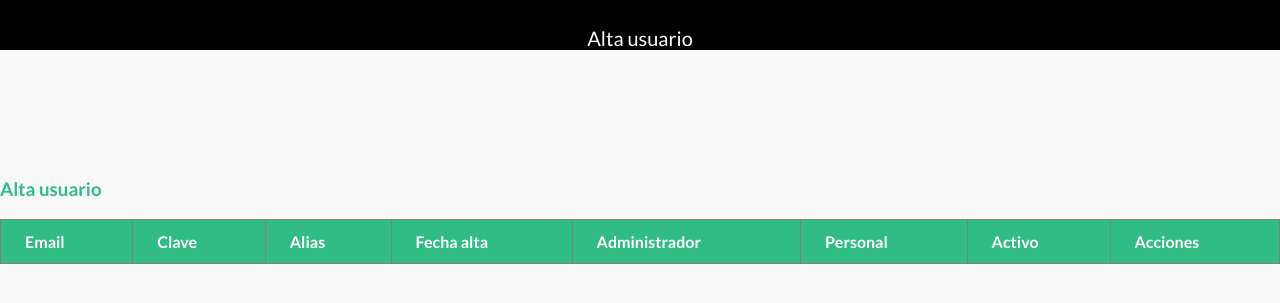
Repository: Mariangeles94/practica_gestion_usuarios
Page: http://localhost/Gestion/administrador/index.php
The author's editor kept a record of every edit. The page is drawn from the files as they stood at one moment, then again after the next edit.
The browser window is 1280 px wide. The pictures show the whole page.
The page is run by PHP 8.4 with error messages shown; the project is at /var/www/html/. Queries for data that is not in the repository find no rows.

Above is the page before.

### administrador/index.php
<?php
require '../clases/AutoCarga.php';
$bd = new DataBase();
$gestor = new ManageUser($bd);
$usuarios = $gestor->getList2();

?>
<!DOCTYPE html>
<html>
    <head>
        <meta charset="UTF-8">
        <title></title>
        <link rel="stylesheet" type="text/css" href="../css/normalize.css" />
		<link rel="stylesheet" type="text/css" href="../css/demo.css" />
		<link rel="stylesheet" type="text/css" href="../css/component.css" />
    </head>
    <body>
      <header>
            <nav>
                <a href="viewinsert.php">Alta usuario</a>

            </nav>
        </header>
        <h3><a class="enlaceInsertar" href="viewinsert.php">Alta usuario</a></h3>
        <table border="1">
            <thead>
                <tr>
                    <th>Email</th>
                    <th>Clave</th>
                    <th>Alias</th>
                    <th>Fecha alta</th>
                    <th>Administrador</th>
                    <th>Personal</th>
                    <th>Activo</th>
                    <th colspan="2">Acciones</th>
                </tr>
            </thead>
            <tbody>
                <?php foreach ($usuarios as $key => $usuario) { ?>
                    <tr>
                        <td><?= $usuario->getEmail(); ?></td>
                        <td><?= $usuario->getClave(); ?></td>
                        <td><?= $usuario->getAlias() ?></td>
                        <td><?= $usuario->getFechaAlta(); ?></td>
                        <td><?= $usuario->getAdministrador() ?></td>
                        <td><?= $usuario->getPersonal() ?></td>
                        <td><?= $usuario->getActivo() ?></td>
                        <td>
                            <a class='borrar' href='phpdelete.php?email=<?= $usuario->getEmail() ?>'> Borrar</a>
                            <a href='viewedit.php?email=<?= $usuario->getEmail() ?>'> Editar</a>
                        </td>
                    </tr>
                <?php } ?>
            </tbody>
        </table>
    </body>
    <script src="../js/scripts.js"></script>
</html>
<?php
$bd->close();

### clases/AutoCarga.php
<?php

class AutoCarga {
    static function cargar($clase){
        $clase = str_replace("\\", "/", $clase);
        $archivo = "../clases/" .$clase . ".php";
         if (file_exists($archivo)) {
              require $archivo;
         }else{
             $archivo = "clases/" .$clase . ".php";
             require $archivo;
         }
   }
}
spl_autoload_register('AutoCarga::cargar'); // Tiene que estar fuera de la clase

### clases/DataBase.php
<?php

class DataBase {

    private $conexion, $consulta;

    function __construct() {
        try {
            $this->conexion = new PDO(
                    'mysql:host=' . Constant::SERVER . ';' .
                    'dbname=' . Constant::DATABASE, Constant::DBUSER, Constant::DBPASSWORD, array(
                PDO::ATTR_PERSISTENT => true,
                PDO::MYSQL_ATTR_INIT_COMMAND => 'set names utf8')
            );
        } catch (PDOException $e) {
            var_dump($e);
            exit();
            //Esta parte hay que completarla
        }
    }

    function close() {
        $this->conexion = null;
    }

    function getCount() {
        return $this->consulta->rowCount();
    }

    function getId() {
        return $this->conexion->lastInsertId();
    }

    function getErrorConection() {
        return $this->conexion->errorInfo();
    }

    function getError() {
        return $this->consulta->errorInfo();
    }

    function send($sql, $parametros = array()) {
        $this->consulta = $this->conexion->prepare($sql);
        foreach ($parametros as $nombreParametro => $valorParametro) {
            $this->consulta->bindValue($nombreParametro, $valorParametro);
        }
      //var_dump($parametros);
      //echo "sql:" .$sql;
        return $this->consulta->execute();
    }

    function getRow() {
        $r = $this->consulta->fetch();
        if ($r === null) {
            $this->consulta->closeCursor();
        }
        return $r;
    }
    function count($tabla, $condicion="1 = 1", $parametros = array()){
        $sql="select count(*) from $tabla where $condicion";
        $this->send($sql, $parametros);
        $fila = $this->getRow();
        return $fila[0];
    }

    function erase($tabla, $condicion, $parametros = array()) {
        //delete from TABLA where CONDICION
        $sql = "delete from $tabla where $condicion";
        if ($this->send($sql, $parametros)) {
            return $this->getCount();
        }
        return false;
    }

     function delete($tabla, $parametros = array()) {
        //delete from TABLA where CONDICION
        $camposWhere = "";
        foreach ($parametros as $nombreParametro => $valorParametro) {
            $camposWhere .= $nombreParametro . " = :" . $nombreParametro . " and ";
        }
        //$camposWhere .= "1=1";
        $camposWhere = substr($camposWhere, 0, -4);
        $sql = "delete from $tabla where $camposWhere";
        if ($this->send($sql, $parametros)) {
            return $this->getCount();
        }
        return false;
    }

    function insert($tabla, $parametros = array(), $auto = true) {
        //insert into TABLA values (VALORES);
        //insert into TABLA (CAMPOS) values (VALORES);
        //insert into TABLA (c1, c2) values (:c1, :c2);
        //si la tabla tiene un campo autonumerico devuelvo el id
        //si no devuelvo el numero de filas insertadas(1)
        //si error devuelvo false
        $campos = "";
        $valores = "";
        foreach ($parametros as $nombreParametro => $valorParametro) {
            $campos .= $nombreParametro . ",";
            $valores .= ":" . $nombreParametro . ",";
        }
        $campos = substr($campos, 0, -1);
        $valores = substr($valores, 0, -1);
        $sql = "insert into $tabla ($campos) values ($valores)";
        if ($this->send($sql, $parametros)) {
            if ($auto) {
                return $this->getId();
            }
            return $this->getCount();
        }
        return false;
    }

    function update($tabla, $parametrosSet = array(), $parametrosWhere = array()) {
        //update TABLA set VALORES where CONDICION
        //update TABLA set c1=:c1, c2=:c2 where c1=:_c1 and c3=:_c3
        $camposSet = "";
        $camposWhere = "";
        $parametros = array();
        foreach ($parametrosSet as $nombreParametro => $valorParametro) {
            $camposSet .= $nombreParametro . " = :" . $nombreParametro . ",";
            $parametros[$nombreParametro] = $valorParametro;
        }
        $camposSet = substr($camposSet, 0, -1);

        foreach ($parametrosWhere as $nombreParametro => $valorParametro) {
            $camposWhere .= $nombreParametro . " = :_" . $nombreParametro . " and ";
            $parametros["_" . $nombreParametro] = $valorParametro;
        }
        //$camposWhere .= "1=1";
        $camposWhere = substr($camposWhere, 0, -4);
        $sql = "update $tabla set $camposSet where $camposWhere";
        if ($this->send($sql, $parametros)) {
            return $this->getCount();
        }
        return -1;
    }

    function query($tabla, $proyeccion = "*", $parametros = array(), $orden = "1", $limite = "") {
        //select CAMPOS from TABLA where CONDICION order by ORDEN LIMIT
        //select c1,c2 from TABLA where c3=:c3 and c4 = :c4 order by c2 desc,c1 limit 8,15
        $campos = "";
        foreach ($parametros as $nombreParametro => $valorParametro) {
            $campos .= $nombreParametro . " = :" . $nombreParametro . " and ";
        }
        $campos .= "1=1";
        //$campos = substr($campos, 0, -4);
        $limit = "";
        if($limite!==""){
            $limit = "limit $limite";
        }
        $sql = "select $proyeccion from $tabla where $campos order by $orden $limit";
        return $this->send($sql, $parametros);
    }

    function select($tabla, $proyeccion = "*", $condicion = "1 = 1",
        $parametros = array(), $orden="1", $limite=""){
        $limit = "";
        if($limite!==""){
            $limit = "limit $limite";
        }
        $sql = "select $proyeccion from $tabla "
                . "where $condicion order by $orden $limit";
        return $this->send($sql, $parametros);
    }

}

### clases/Constant.php
<?php

class Constant {
    const DATABASE = "gestion";
    const SERVER = "localhost";
    const DBUSER = "mariangeles94";
    const DBPASSWORD = "";
    const NRPP = 10;
    const SEMILLA="45856";
}

### clases/ManageUser.php
<?php

class ManageUser {
    private $bd = null;
    private $tabla = "usuario";

    function __construct(DataBase $bd) {
        $this->bd = $bd;
    }

    function get($email) {
        //devuelve un objeto de la clase
        $parametros = array();
        $parametros['email'] = $email;
        $this->bd->select($this->tabla, "*", "email=:email", $parametros);
        $fila = $this->bd->getRow();
        $user = new User();
        $user->set($fila);
        return $user;
    }

    function count($condicion = "1 = 1", $parametros = array()) {
        return $this->bd->count($this->tabla, $condicion, $parametros);
    }

    function delete($email) {
        $parametros = array();
        $parametros['email'] = $email;
        return $this->bd->delete($this->tabla, $parametros);
    }

    function deleteCities($parametros) {
        return $this->bd->delete($this->tabla, $parametros);
    }

    function erase(User $user) {
        return $this->delete($user->getEmail());
    }

   function set(User $user, $pkemail){
        //Update de todos los campos menos el id, el id se usara como el where para el update numero de filas modificadas
        $parametros =$user->getArray();
        $parametrosWhere = array();
        $parametrosWhere["email"]=$pkemail;
        return $this->bd->update($this->tabla, $parametros, $parametrosWhere);
    }
   function setActivo($email,$activo){
        //Update de todos los campos menos el id, el id se usara como el where para el update numero de filas modificadas
        $parametrosSet = array();
        $parametrosSet['activo'] = $activo;

        $parametrosWhere = array();
        $parametrosWhere["email"]=$email;
        return $this->bd->update($this->tabla, $parametrosSet, $parametrosWhere);
    }
     function setClave($email,$clave){
        //Update de todos los campos menos el id, el id se usara como el where para el update numero de filas modificadas
        $parametrosSet = array();
        $parametrosSet['clave'] = $clave;

        $parametrosWhere = array();
        $parametrosWhere["email"]=$email;
        return $this->bd->update($this->tabla, $parametrosSet, $parametrosWhere);
    }

    function insert(User $user) {
        $parametrosSet = array();
        $parametrosSet['email'] = $user->getEmail();
        $parametrosSet['clave'] = $user->getClave();
        $parametrosSet['alias'] = $user->getAlias();
        $parametrosSet['fechaAlta'] = $user->getFechaAlta();
        $parametrosSet['activo'] = $user->getActivo();
        $parametrosSet['administrador'] = $user->getAdministrador();
        $parametrosSet['personal'] = $user->getPersonal();
        return $this->bd->insert($this->tabla, $parametrosSet);
    }

    function getList($pagina = 1, $order = "", $nrpp = Constant::NRPP, $condicion = "1=1", $parametros = array()) {

        $resgistroInicial = ($pagina - 1) * $nrpp;
        $this->bd->select($this->tabla, "*", $condicion, $parametros, $ordenPredeterminado, "$resgistroInicial, $nrpp"); /* limite va desde 1 y saca 10 registros */
        $r = array();
        while ($fila = $this->bd->getRow()) {
            $user = new User();
            $user->set($fila);
            $r[] = $user;
        }
        return $r;
    }
     function getList2($pagina = 1, $nrpp = Constant::NRPP) {
        $resgistroInicial = ($pagina - 1) * $nrpp;
        $this->bd->select($this->tabla, "*", "1=1", array(), "email", "$resgistroInicial, $nrpp"); /* limite va desde 1 y saca 10 registros */
        $r = array();
        while ($fila = $this->bd->getRow()) {
            $user = new User();
            $user->set($fila);
            $r[] = $user;
        }
        return $r;
    }

    function getValuesSelectTodos() {
        $this->bd->query($this->tabla, "*", array());
        $array = array();
        while ($fila = $this->bd->getRow()) {
            $user = new User();
            $user->set($fila);
            $array = $user;
           // $array[$fila[0]] = $fila[1];
        }
        return $array;
    }
    function getValuesSelectUsario() {
        $this->bd->query($this->tabla, "email, clave, alias", array(), "email");
        $array = array();
        while ($fila = $this->bd->getRow()) {
            $array[$fila[0]] = $fila[1];
        }
        return $array;
    }
    function getValuesSelectPersonal() {
        $this->bd->query($this->tabla, "clave, alias, fechaAlta", array(), "fechaAlta");
        $array = array();
        while ($fila = $this->bd->getRow()) {
            $array[$fila[0]] = $fila[1];
        }
        return $array;
    }
}

### css/demo.css
@import url(http://fonts.googleapis.com/css?family=Lato:300,400,700);
@font-face {
	font-family: 'codropsicons';
	src:url('../fonts/codropsicons/codropsicons.eot');
	src:url('../fonts/codropsicons/codropsicons.eot?#iefix') format('embedded-opentype'),
		url('../fonts/codropsicons/codropsicons.woff') format('woff'),
		url('../fonts/codropsicons/codropsicons.ttf') format('truetype'),
		url('../fonts/codropsicons/codropsicons.svg#codropsicons') format('svg');
	font-weight: normal;
	font-style: normal;
}

*, *:after, *:before { -webkit-box-sizing: border-box; -moz-box-sizing: border-box; box-sizing: border-box; }
header nav{
    width: 100%;
    background-color: black;
    height: 50px;
    margin-bottom:10%;
    text-align: center;
    padding-top: 2%;
}
header nav a{
    text-decoration: none;
    color: white;
    width: 10%;
    padding: 10%;
    margin-top: 5%;
    font-size: 1.25em;
}
body {
	font-family: 'Lato', Arial, sans-serif;
	color: #7c8d87;
	background: #f8f8f8;
}

a {
	color: #31bc86;
	text-decoration: none;
}

a:hover, a:focus {
	color: #7c8d87;
}

.container > header {
	margin: 0 auto;
	padding: 2em;
	text-align: center;
	background: rgba(0,0,0,0.01);
}

.container > header h1 {
	font-size: 2.625em;
	line-height: 1.3;
	margin: 0;
	font-weight: 300;
}

.container > header span {
	display: block;
	font-size: 60%;
	opacity: 0.7;
	padding: 0 0 0.6em 0.1em;
}

/* To Navigation Style */
.codrops-top {
	background: #fff;
	background: rgba(255, 255, 255, 0.6);
	text-transform: uppercase;
	width: 100%;
	font-size: 0.69em;
	line-height: 2.2;
}

.codrops-top a {
	text-decoration: none;
	padding: 0 1em;
	letter-spacing: 0.1em;
	display: inline-block;
}

.codrops-top a:hover {
	background: rgba(255,255,255,0.95);
}

.codrops-top span.right {
	float: right;
}

.codrops-top span.right a {
	float: left;
	display: block;
}

.codrops-icon:before {
	font-family: 'codropsicons';
	margin: 0 4px;
	speak: none;
	font-style: normal;
	font-weight: normal;
	font-variant: normal;
	text-transform: none;
	line-height: 1;
	-webkit-font-smoothing: antialiased;
}

.codrops-icon-drop:before {
	content: "\e001";
}

.codrops-icon-prev:before {
	content: "\e004";
}

/* Demo Buttons Style */
.codrops-demos {
	padding-top: 1em;
	font-size: 0.8em;
}

.codrops-demos a {
	display: inline-block;
	margin: 0.5em;
	padding: 0.7em 1.1em;
	outline: none;
	border: 2px solid #31bc86;
	text-decoration: none;
	text-transform: uppercase;
	letter-spacing: 1px;
	font-weight: 700;
}

.codrops-demos a:hover,
.codrops-demos a.current-demo,
.codrops-demos a.current-demo:hover {
	border-color: #7c8d87;
	color: #7c8d87;
}

.related {
	text-align: center;
	font-size: 1.5em;
	padding-bottom: 3em;
}

@media screen and (max-width: 25em) {

	.codrops-icon span {
		display: none;
	}

}

### css/component.css
/* Component styles */
@font-face {
	font-family: 'Blokk';
	src: url('../fonts/blokk/BLOKKRegular.eot');
	src: url('../fonts/blokk/BLOKKRegular.eot?#iefix') format('embedded-opentype'),
		 url('../fonts/blokk/BLOKKRegular.woff') format('woff'),
		 url('../fonts/blokk/BLOKKRegular.svg#BLOKKRegular') format('svg');
	font-weight: normal;
	font-style: normal;
}
.component {
	line-height: 1.5em;
	margin: 0 auto;
	padding: 2em 0 3em;
	width: 90%;
	max-width: 1000px;
	overflow: hidden;
}
.component .filler {
	font-family: "Blokk", Arial, sans-serif;
	color: #d3d3d3;
}
table {
    border-collapse: collapse;
    margin-bottom: 3em;
    width: 100%;
    background: #fff;
}
td, th {
    padding: 0.75em 1.5em;
    text-align: left;
}
	td.err {
		background-color: #e992b9;
		color: #fff;
		font-size: 0.75em;
		text-align: center;
		line-height: 1;
	}
th {
    background-color: #31bc86;
    font-weight: bold;
    color: #fff;
    white-space: nowrap;
}
tbody th {
	background-color: #2ea879;
}
tbody tr:nth-child(2n-1) {
    background-color: #f5f5f5;
    transition: all .125s ease-in-out;
}
tbody tr:hover {
    background-color: rgba(129,208,177,.3);
}

/* For appearance */
.sticky-wrap {
	overflow-x: auto;
	overflow-y: hidden;
	position: relative;
	margin: 3em 0;
	width: 100%;
}
.sticky-wrap .sticky-thead,
.sticky-wrap .sticky-col,
.sticky-wrap .sticky-intersect {
	opacity: 0;
	position: absolute;
	top: 0;
	left: 0;
	transition: all .125s ease-in-out;
	z-index: 50;
	width: auto; /* Prevent table from stretching to full size */
}
	.sticky-wrap .sticky-thead {
		box-shadow: 0 0.25em 0.1em -0.1em rgba(0,0,0,.125);
		z-index: 100;
		width: 100%; /* Force stretch */
	}
	.sticky-wrap .sticky-intersect {
		opacity: 1;
		z-index: 150;

	}
		.sticky-wrap .sticky-intersect th {
			background-color: #666;
			color: #eee;
		}
.sticky-wrap td,
.sticky-wrap th {
	box-sizing: border-box;
}

/* Not needed for sticky header/column functionality */
td.user-name {
	text-transform: capitalize;
}
.sticky-wrap.overflow-y {
	overflow-y: auto;
	max-height: 50vh;
}

### js/scripts.js
/*global document*/
"use strict";
(function() {
    var elementos = document.getElementsByClassName("borrar");
    for (var i = 0; i < elementos.length; i++) {
        var elemento = elementos[i];
        elemento.addEventListener("click", function(event) {
            if (!confirm("¿Borrar?")) {
                event.preventDefault();
            }
        }, false);
    }
}());

Loaded but not shown: css/normalize.css (common file)

After the next edit:
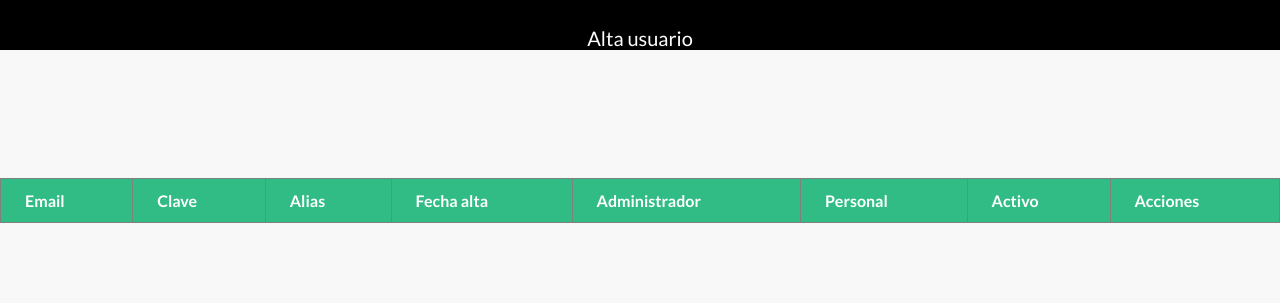
The edit:
--- a/administrador/index.php
+++ b/administrador/index.php
@@ -21,7 +21,7 @@
 
             </nav>
         </header>
-        <h3><a class="enlaceInsertar" href="viewinsert.php">Alta usuario</a></h3>
+
         <table border="1">
             <thead>
                 <tr>
